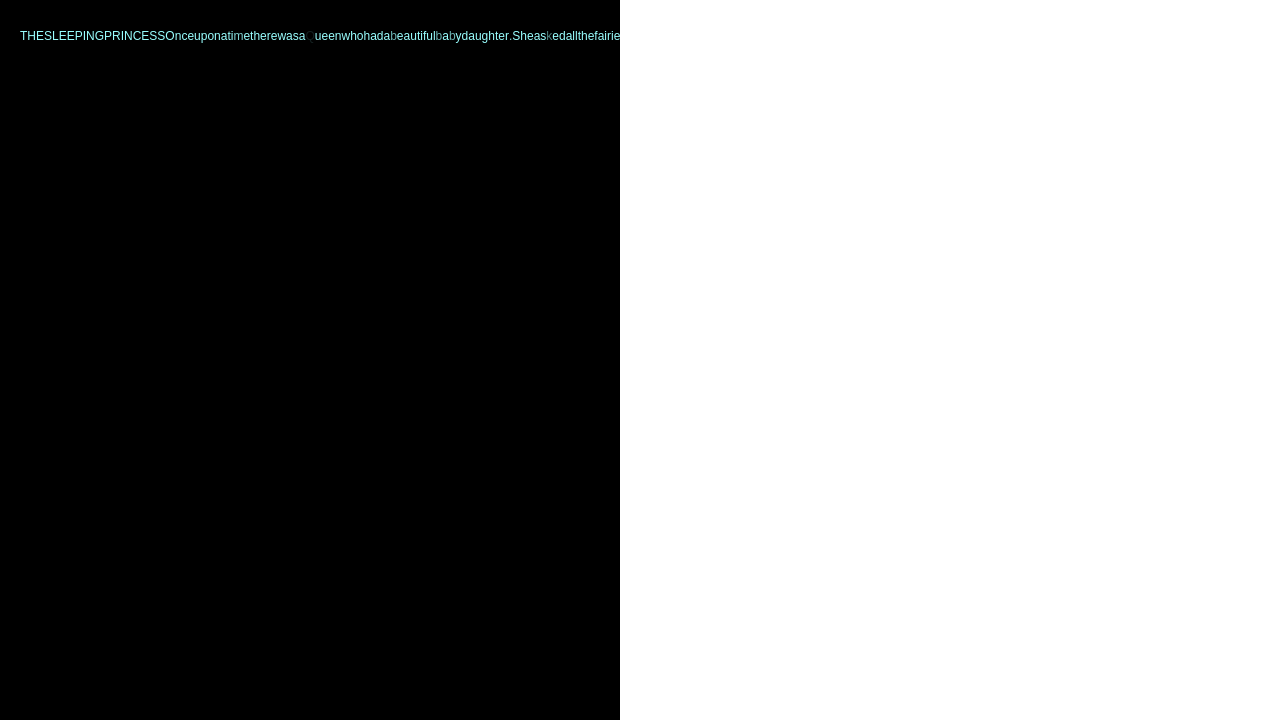
Repository: patriciqa/GenComp
Page: content/day07/typo/index.html
These files come from the project's save history. The page is drawn as it stood at one moment and after the next save; the edit follows.
The browser window is 1280 px wide. The pictures show the whole page.

Above is the page before, as saved 2021-10-13 14:22:17.

After the next save:
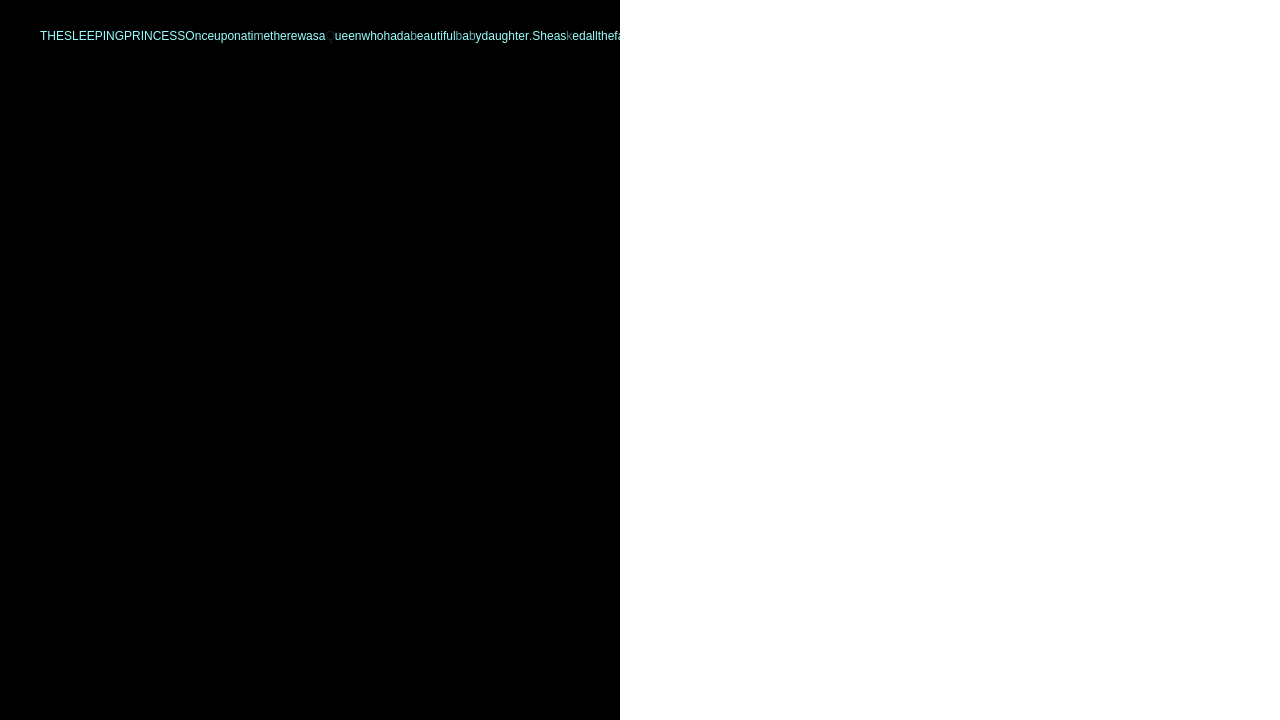
Saved 6 s later.
--- a/content/day07/typo/sketch.js
+++ b/content/day07/typo/sketch.js
@@ -20,7 +20,7 @@ function setup() {
 
 function draw() {
   background("black");
-  posX = 20;
+  posX = 40;
   posY = 40;
 
   for (let i = 0; i < joinedText.length; i++) {
